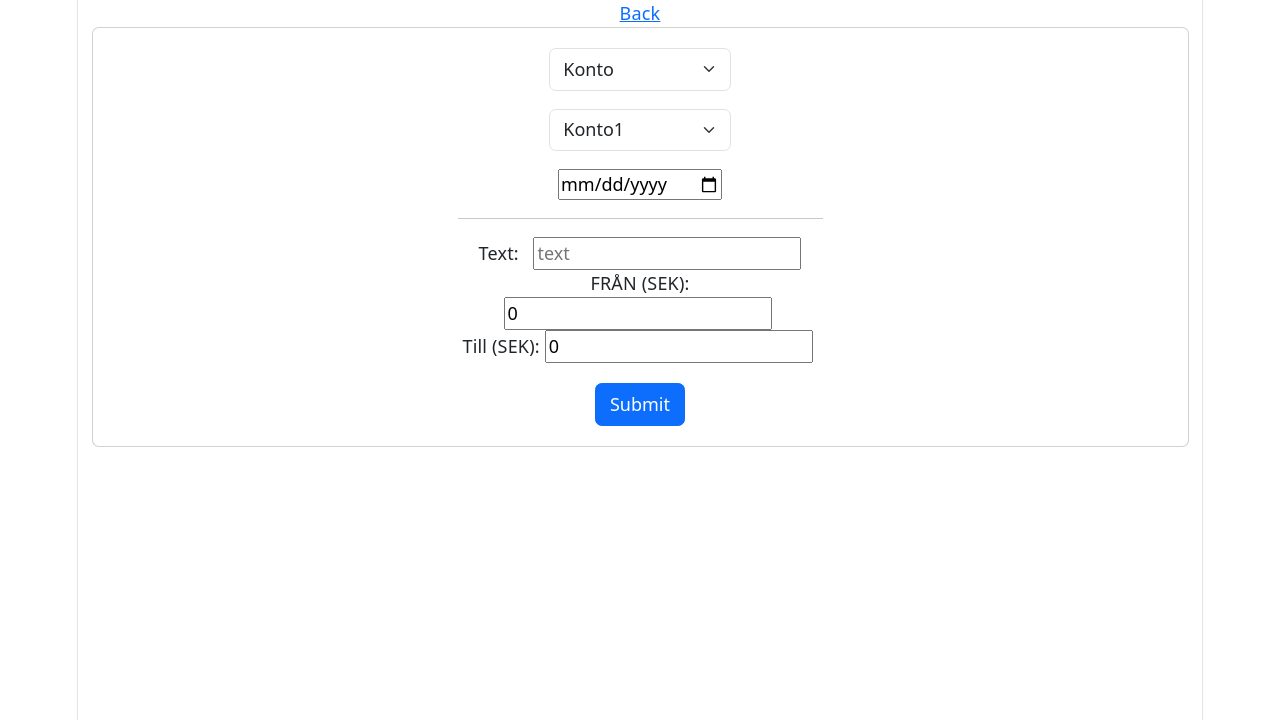
Repository: supply24/kidsaccount
Page: /action
An editor plug-in stored every save of this project. The page is shown before and after the next save, followed by the edit.
The browser window is 1280 px wide. The pictures show the whole page.
The page's requests for data from a server got no answer. The project was rebuilt for these pictures with package versions that can differ from the ones it lists, and the page was loaded fresh each time. No one was signed in, and anything a server would have sent is missing. Also part of the build but not shown: vite.config.js, src/App.css, src/App.jsx, src/Homing.jsx, src/Emilia.jsx, src/Alexander.jsx.

Above is the page before, as saved 2026-08-01 12:54:31.

### index.html
<!doctype html>
<html lang="en">
  <head>
    <meta charset="UTF-8" />
    <link rel="icon" type="image/svg+xml" href="/favicon.svg" />
    <meta name="viewport" content="width=device-width, initial-scale=1.0" />
    <title>accounter</title>
    <link
  rel="stylesheet"
  href="https://cdn.jsdelivr.net/npm/bootstrap@5.3.5/dist/css/bootstrap.min.css"
  integrity="sha384-SgOJa3DmI69IUzQ2PVdRZhwQ+dy64/BUtbMJw1MZ8t5HZApcHrRKUc4W0kG879m7"
  crossorigin="anonymous"
/>
  </head>
  <body>
    <div id="root"></div>
    <script type="module" src="/src/main.jsx"></script>
  </body>
</html>

### src/main.jsx
import { StrictMode } from 'react'
import { createRoot } from 'react-dom/client'
import { createBrowserRouter, RouterProvider } from 'react-router-dom'
import './index.css'
import App from './App.jsx'
import Homing from "./Homing.jsx"
import Actions from "./Actions.jsx"
import Emilia from "./Emilia.jsx"
import Alexander from "./Alexander.jsx"

const router = createBrowserRouter ([
{path:"/",
  element:<Homing/>
}  ,
{path:"/action",
  element:<Actions/>
},
{path:"/emlia",
  element:<Emilia/>
},
{path:"/alex",
  element:<Alexander/>
}
])

createRoot(document.getElementById('root')).render(
  <StrictMode>
    <RouterProvider router={router}/>
  </StrictMode>,
)

### src/index.css
:root {
  --text: #6b6375;
  --text-h: #08060d;
  --bg: #fff;
  --border: #e5e4e7;
  --code-bg: #f4f3ec;
  --accent: #aa3bff;
  --accent-bg: rgba(170, 59, 255, 0.1);
  --accent-border: rgba(170, 59, 255, 0.5);
  --social-bg: rgba(244, 243, 236, 0.5);
  --shadow:
    rgba(0, 0, 0, 0.1) 0 10px 15px -3px, rgba(0, 0, 0, 0.05) 0 4px 6px -2px;

  --sans: system-ui, 'Segoe UI', Roboto, sans-serif;
  --heading: system-ui, 'Segoe UI', Roboto, sans-serif;
  --mono: ui-monospace, Consolas, monospace;

  font: 18px/145% var(--sans);
  letter-spacing: 0.18px;
  color-scheme: light dark;
  color: var(--text);
  background: var(--bg);
  font-synthesis: none;
  text-rendering: optimizeLegibility;
  -webkit-font-smoothing: antialiased;
  -moz-osx-font-smoothing: grayscale;

  @media (max-width: 1024px) {
    font-size: 16px;
  }
}

@media (prefers-color-scheme: dark) {
  :root {
    --text: #9ca3af;
    --text-h: #f3f4f6;
    --bg: #16171d;
    --border: #2e303a;
    --code-bg: #1f2028;
    --accent: #c084fc;
    --accent-bg: rgba(192, 132, 252, 0.15);
    --accent-border: rgba(192, 132, 252, 0.5);
    --social-bg: rgba(47, 48, 58, 0.5);
    --shadow:
      rgba(0, 0, 0, 0.4) 0 10px 15px -3px, rgba(0, 0, 0, 0.25) 0 4px 6px -2px;
  }

  #social .button-icon {
    filter: invert(1) brightness(2);
  }
}

body {
  margin: 0;
}

#root {
  width: 1126px;
  max-width: 100%;
  margin: 0 auto;
  text-align: center;
  border-inline: 1px solid var(--border);
  min-height: 100svh;
  display: flex;
  flex-direction: column;
  box-sizing: border-box;
}

h1,
h2 {
  font-family: var(--heading);
  font-weight: 500;
  color: var(--text-h);
}

h1 {
  font-size: 56px;
  letter-spacing: -1.68px;
  margin: 32px 0;
  @media (max-width: 1024px) {
    font-size: 36px;
    margin: 20px 0;
  }
}
h2 {
  font-size: 24px;
  line-height: 118%;
  letter-spacing: -0.24px;
  margin: 0 0 8px;
  @media (max-width: 1024px) {
    font-size: 20px;
  }
}
p {
  margin: 0;
}

code,
.counter {
  font-family: var(--mono);
  display: inline-flex;
  border-radius: 4px;
  color: var(--text-h);
}

code {
  font-size: 15px;
  line-height: 135%;
  padding: 4px 8px;
  background: var(--code-bg);
}

### src/Actions.jsx
import React, {useEffect, useState} from 'react'
import {Col, Row, Button, Form, Container, Card} from "react-bootstrap"
import { createClient } from "@supabase/supabase-js"
import {supabase} from "./data/Export/Supabase.jsx"
import number from "./data/Export/Numbers.jsx"
import {Link} from "react-router-dom"

const Actions = () => {
  const [konto, setKonto]=useState("")
const [konto1, setKonto1]=useState("")
  const [numbers, setNumbers]=useState("")
  const [datetime, setDatetime]=useState("")
  const [kredit, setKredit]=useState(0)
  const [debet, setDebet]=useState(0)
  const [kontox, setKontox]=useState("")
  const [kontox1, setKontox1]=useState("")
  const [accounter, setAccounter]=useState("")
  const [texting, setTexting]=useState("")
 // const [ setSumx ]=useState("")

  const handleNumbers =(e)=>{
    setNumbers(e.target.value)
  }

  const handleDatetime=(e)=>{
    setDatetime(e.target.value)
      }

      const handleKredit = (e)=>{
        setKredit(e.target.value)
      }
      const handleDebet = (e)=>{
        setDebet(e.target.value)
      }

      const handleKontox = (e)=>{
        setKontox(e.target.value)
      }

      const handleKontox1 = (e)=>{
        setKontox1(e.target.value)
      }
      const handleSumx = (e)=>{
        setSumx(e.target.value)
      }
      const handleTexting = (e)=>{
        setTexting(e.target.value)
      }


          useEffect(()=>{
        getCounts()
      },[]
      )

      const payload= [{
    konto :{ debet, kontox}, datetime, texting,
    konto1: {kredit, kontox1}
               }]
      const handleSubmit=async(e)=>{
        e.preventDefault()
          const {data, error} = await supabase.from("Accounting").insert(payload);
          if(error)
            console.error("error yes", error)
            else{
              console.error("konto info", data)
      }}

      async function getCounts(){
        const {data, error} = await supabase.from("Accounting").select("*")
        setAccounter(data)
        console.log("konton hämtade", data ? data: "no fetch")
      }

      function Break () {
        return (
          <div style={{marginTop:"20px"}}></div>)
      }

  return (
    <div>
      <Link to="/">Back</Link>

        <Container>
          <Card>
            <Form onSubmit={handleSubmit}>
              <Col md={4} className="mx-auto" style={{marginTop:"20px"}}>

<Col align="center" md={6} className="mx-auto" style={{marginTop:"20px"}}>
<Form.Group className="mb-3" controlId="formBasicEmail">
  <Form.Select type ="dropdown" onChange={(e)=>setKontox(e.target.value)}>
    <option value={kontox}>Konto</option>
    {number.map((account)=>(
      <option key={account.id}>{account.kontox}</option>
    ))}
  </Form.Select>
</Form.Group>

<Form.Group className="mb-3" controlId="formBasicEmail">
  <Form.Select type ="dropdown" onChange={(e)=>setKontox1(e.target.value)}>
    <option value={kontox1}>Konto1</option>
    {number.map((account)=>(
      <option key={account.id}>{account.kontox1}</option>
    ))}
  </Form.Select>
</Form.Group>
</Col>
<input type="date" value={datetime} onChange={handleDatetime} />
<hr></hr>
 <Col>Text:&nbsp;&nbsp;   <input type="text" value={texting} onChange={handleTexting} placeholder='text'/></Col>

 <Col>FRÅN (SEK): <input type="number" value={kredit} onChange={handleKredit} placeholder='kredit'/>&nbsp;
  </Col>
  <Col>Till (SEK): <input type="number" value={debet} onChange={handleDebet} placeholder='debet'/>&nbsp;
  </Col>

<Col align="center" md  ={4} className="mx-auto" style={{marginTop:"20px"}}>
  </Col>
  </Col>
  <Button type="submit" style={{marginBottom:20}}>Submit</Button>
</Form>
 </Card>
 </Container>


          </div>
  )
}

export default Actions

### src/data/Export/Supabase.jsx
import React from "react";
import {createClient} from '@supabase/supabase-js'

/*
const supabaseUrl = 'https://rfzavnmxfanengjuapns.supabase.co'
//const supabaseKey = process.env.SUPABASE_KEY
const supabaseKey= "eyJhbGciOiJIUzI1NiIsInR5cCI6IkpXVCJ9.eyJpc3MiOiJzdXBhYmFzZSIsInJlZiI6InJmemF2bm14ZmFuZW5nanVhcG5zIiwicm9sZSI6ImFub24iLCJpYXQiOjE3ODQ3NzUzMzMsImV4cCI6MjEwMDM1MTMzM30.uY-HxfNB9RcQpFpu75w03NXVAMYMurzfTEnpVtIfYG8"
const supabase = createClient(supabaseUrl, supabaseKey)
*/

export const supabase = createClient(
    import.meta.env.VITE_SUPABASE_URL,
    import.meta.env.VITE_SUPABASE_PUBLISHABLE_DEFAULT_KEY
)

### src/data/Export/Numbers.jsx
const number = [
    {id:"101", kontox:"128", kontox1:"128",debet:"", kredit:""},
    {id:"201", kontox:"199", kontox1:"199", debet:"", kredit:""},
       {id:"301", kontox:"112", kontox1:"112", debet:"", kredit:""},
           {id:"501", kontox:"562", kontox1:"562", debet:"", kredit:""},
           {id:"601", kontox:"891", kontox1:"891", debet:"", kredit:""}
]

export default number

After the next save:
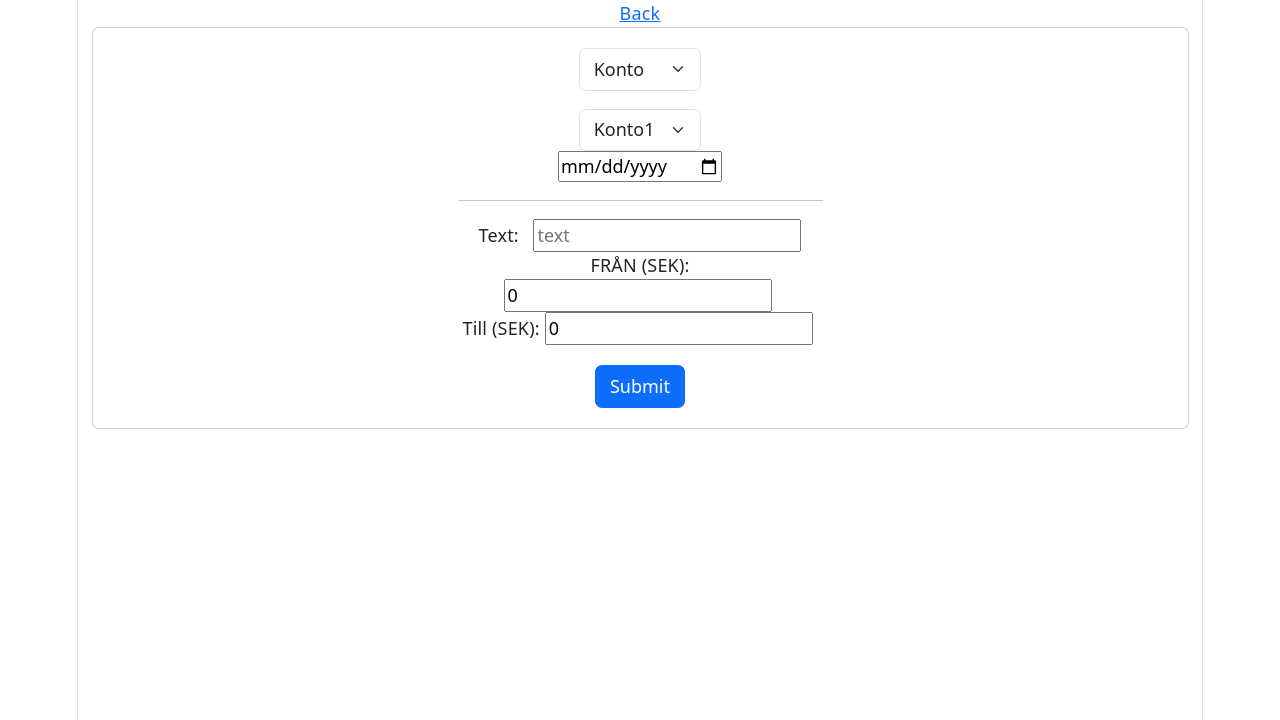
Saved 13 s later.
--- a/src/Actions.jsx
+++ b/src/Actions.jsx
@@ -86,7 +86,7 @@ const [konto1, setKonto1]=useState("")
             <Form onSubmit={handleSubmit}>
               <Col md={4} className="mx-auto" style={{marginTop:"20px"}}>
 
-<Col align="center" md={6} className="mx-auto" style={{marginTop:"20px"}}>
+<Col align="center" md={4} className="mx-auto" style={{marginTop:"20px"}}>
 <Form.Group className="mb-3" controlId="formBasicEmail">
   <Form.Select type ="dropdown" onChange={(e)=>setKontox(e.target.value)}>
     <option value={kontox}>Konto</option>
@@ -96,7 +96,7 @@ const [konto1, setKonto1]=useState("")
   </Form.Select>
 </Form.Group>
 
-<Form.Group className="mb-3" controlId="formBasicEmail">
+<Form.Group  controlId="formBasicEmail">
   <Form.Select type ="dropdown" onChange={(e)=>setKontox1(e.target.value)}>
     <option value={kontox1}>Konto1</option>
     {number.map((account)=>(
